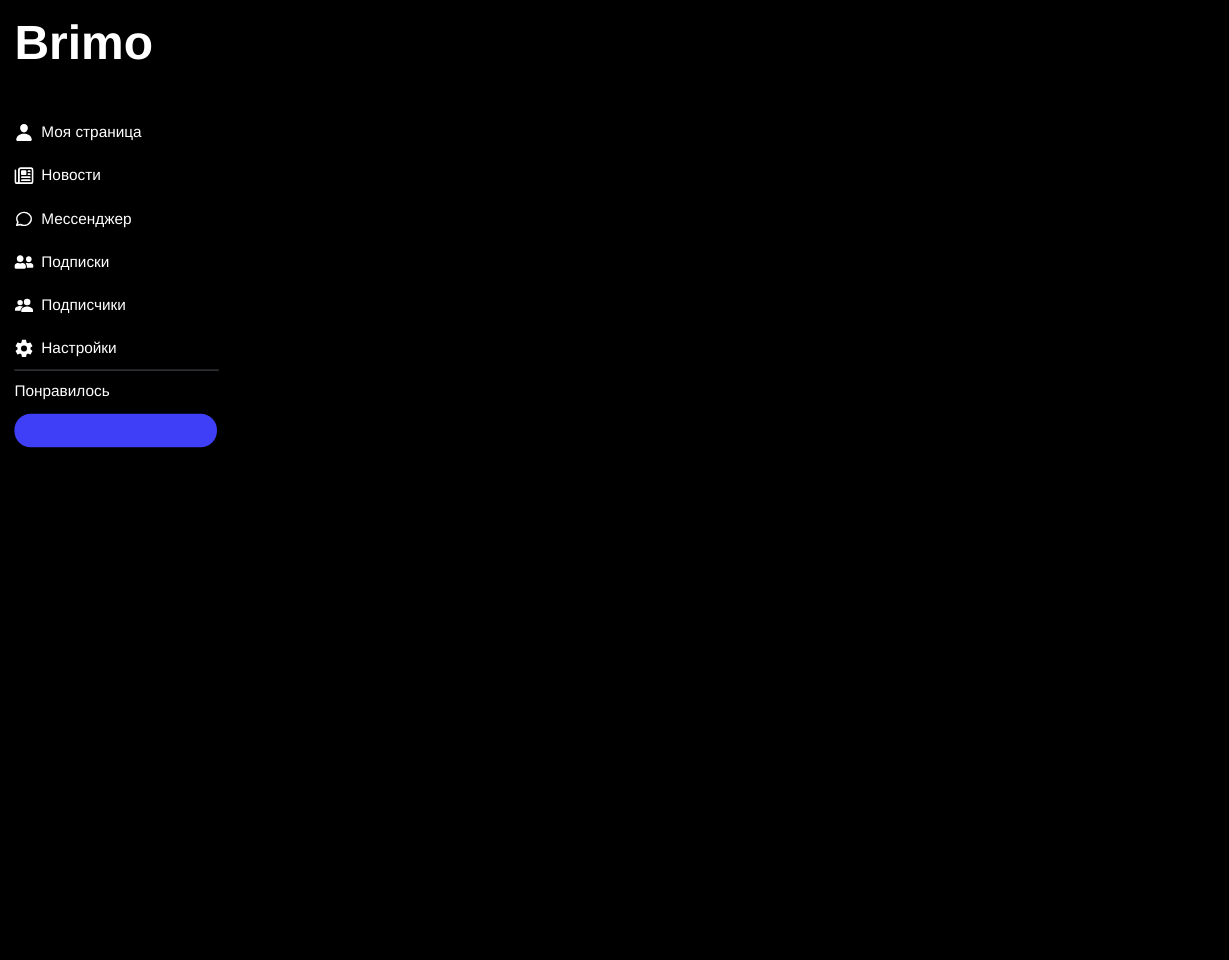
Repository: MaksimKrupkin/socialNetwork
Page: / (app in frontend/socialNetworkFrontend/)
These files come from the project's save history. The page is drawn as it stood at one moment and after the next save; the edit follows.
The browser window is 1280 px wide. The pictures show the whole page, at 96% of full size.
The project was rebuilt for these pictures with package versions that can differ from the ones it lists, and the page was loaded fresh each time. Also part of the build but not shown: frontend/socialNetworkFrontend/vite.config.js, frontend/socialNetworkFrontend/src/index.css.

Above is the page before, as saved 2024-11-27 20:12:55.

After the next save:
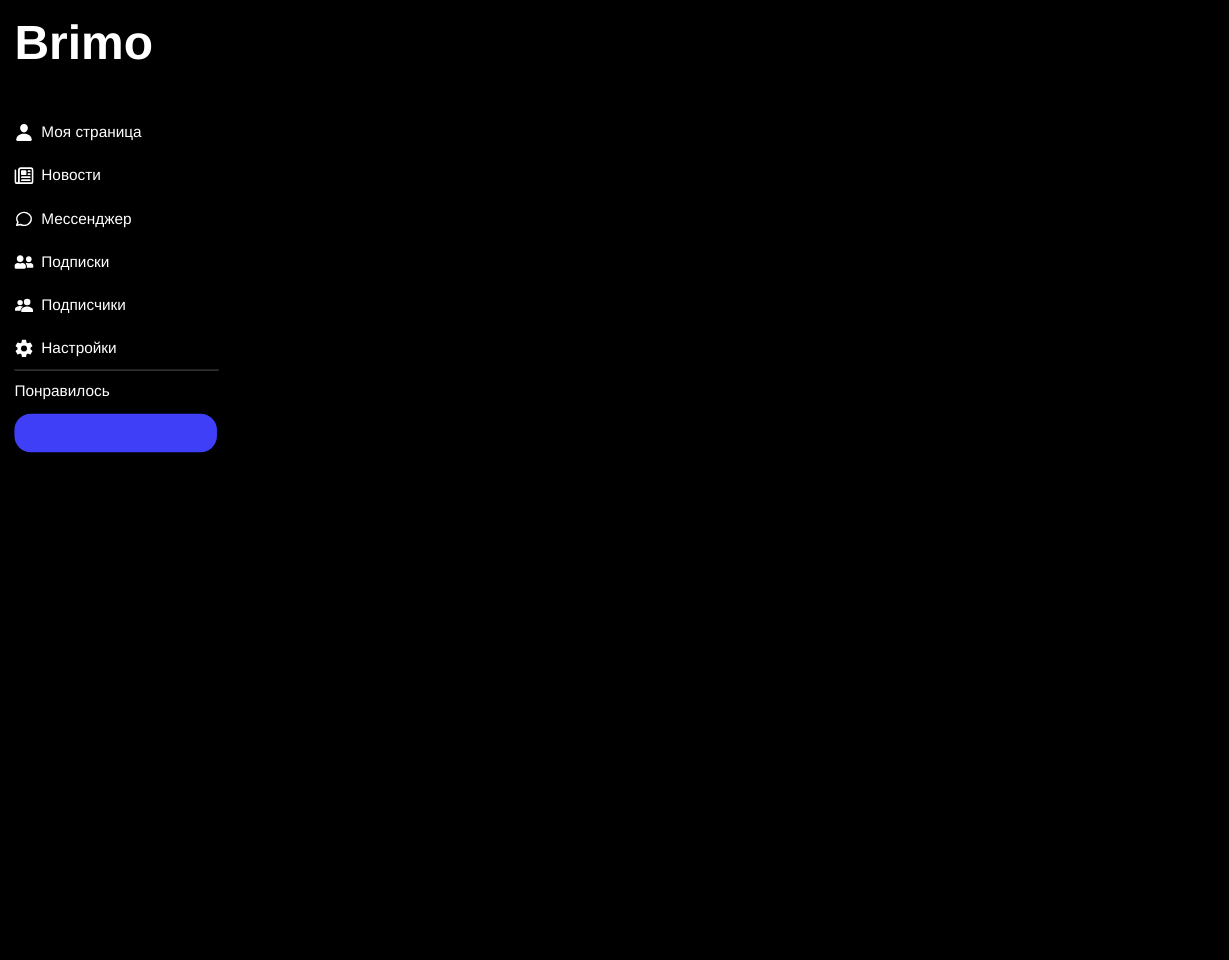
Saved 7 s later.
--- a/frontend/socialNetworkFrontend/src/Components/Navigation/Navigation.module.scss
+++ b/frontend/socialNetworkFrontend/src/Components/Navigation/Navigation.module.scss
@@ -24,7 +24,7 @@
 
 .create_new {
   width: 99%;
-  height: 35px;
+  height: 40px;
   background-color: rgb(63, 63, 248);
   border-radius: 17px;
 }
